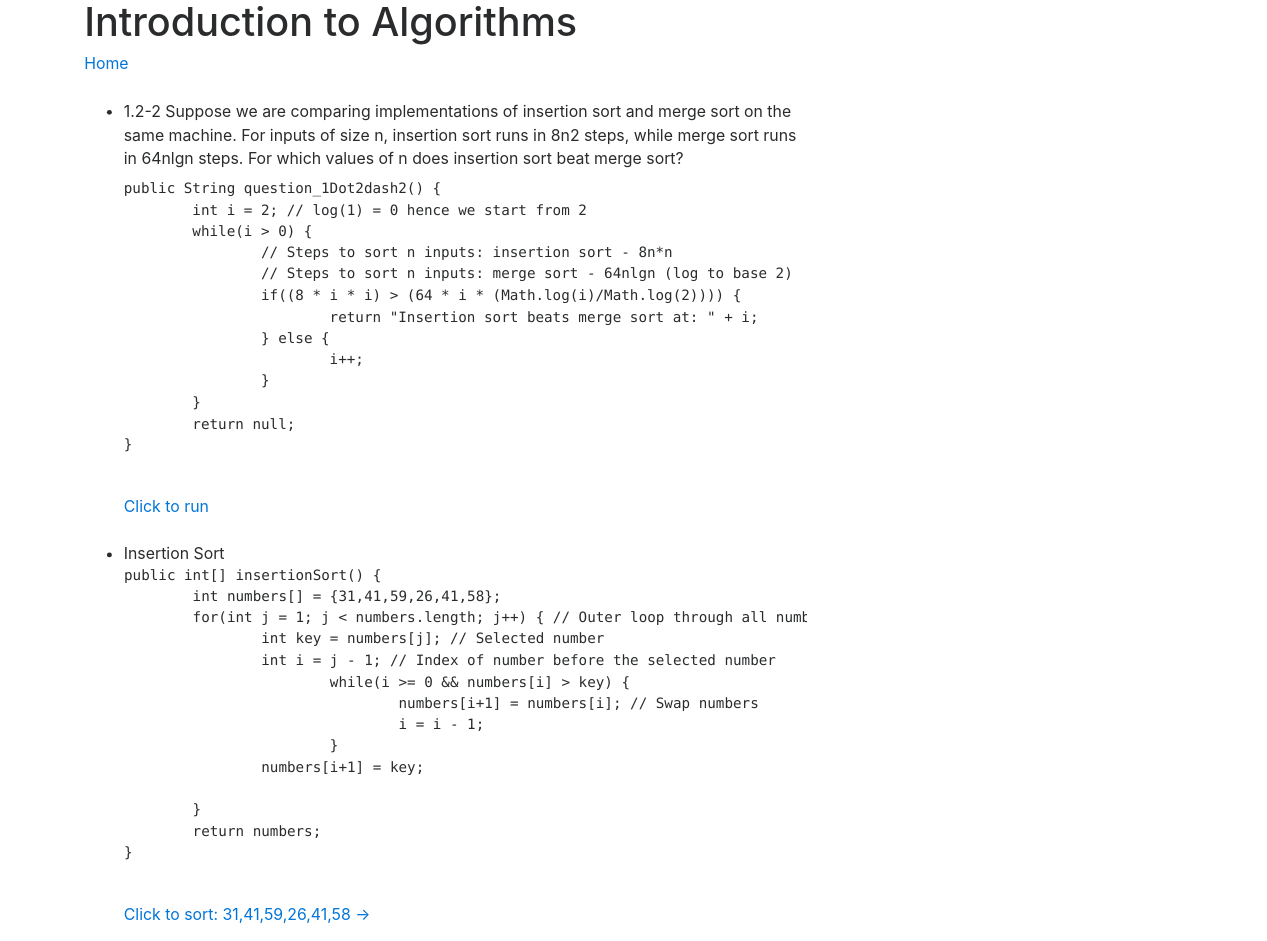
Repository: baltejas/algorithms
Page: http://localhost/algorithms/WEB-INF/views/index.jsp
The author's editor kept a copy of each file at every save. The page is drawn from the files as they stood at one save, then again after the next save.
The browser window is 1280 px wide. The pictures show the whole page, at 99% of full size.
The page is served by Tomcat 9. Nobody is signed in. Other server files are loaded and not shown. The template is opened directly, without the code that normally fills it, so the values that code supplies are empty.

Above is the page before, as saved 2017-05-07 00:44:06.

### algorithms/src/main/webapp/WEB-INF/views/index.jsp
<html>
	<head>
		<link rel="stylesheet" href="resources/css/bootstrap.css">
	</head>
	<body>
		<div class="container">
		<h1>Introduction to Algorithms</h1>
		<a href="/algorithms/list">Home</a>
			<div class="mt-4 row">
				<div class="col-md-8">
					<ul>
						<li>1.2-2 Suppose we are comparing implementations of insertion sort and merge sort on the same machine.
							For inputs of size n, insertion sort runs in 8n2 steps, while merge sort runs in 64nlgn steps.
							For which values of n does insertion sort beat merge sort?
								<div class="mt-2"><pre>
public String question_1Dot2dash2() {
	int i = 2; // log(1) = 0 hence we start from 2
	while(i > 0) {
		// Steps to sort n inputs: insertion sort - 8n*n
		// Steps to sort n inputs: merge sort - 64nlgn (log to base 2)
		if((8 * i * i) > (64 * i * (Math.log(i)/Math.log(2)))) {
			return "Insertion sort beats merge sort at: " + i;
		} else {
			i++;
		}
	}
	return null;
}
								</pre></div>
						<a href="/algorithms/question_1Dot2dash2">Click to run</a>
						<label>${answer}</label>
						</li>

						<li class="mt-4">Insertion Sort
								<pre>
public int[] insertionSort() {
	int numbers[] = {31,41,59,26,41,58};
	for(int j = 1; j < numbers.length; j++) { // Outer loop through all numbers
		int key = numbers[j]; // Selected number
		int i = j - 1; // Index of number before the selected number
			while(i >= 0 && numbers[i] > key) {
				numbers[i+1] = numbers[i]; // Swap numbers
				i = i - 1;
			}
		numbers[i+1] = key;

	}
	return numbers;
}
								</pre>
						<a href="/algorithms/insertionSort">Click to sort: 31,41,59,26,41,58  -> </a>
						<label>${sorted}</label>
						</li>

					</ul>
				</div>
			</div>
		</div>
	</body>
</html>

Loaded but not shown: algorithms/src/main/webapp/resources/css/bootstrap.css (library)

After the next save:
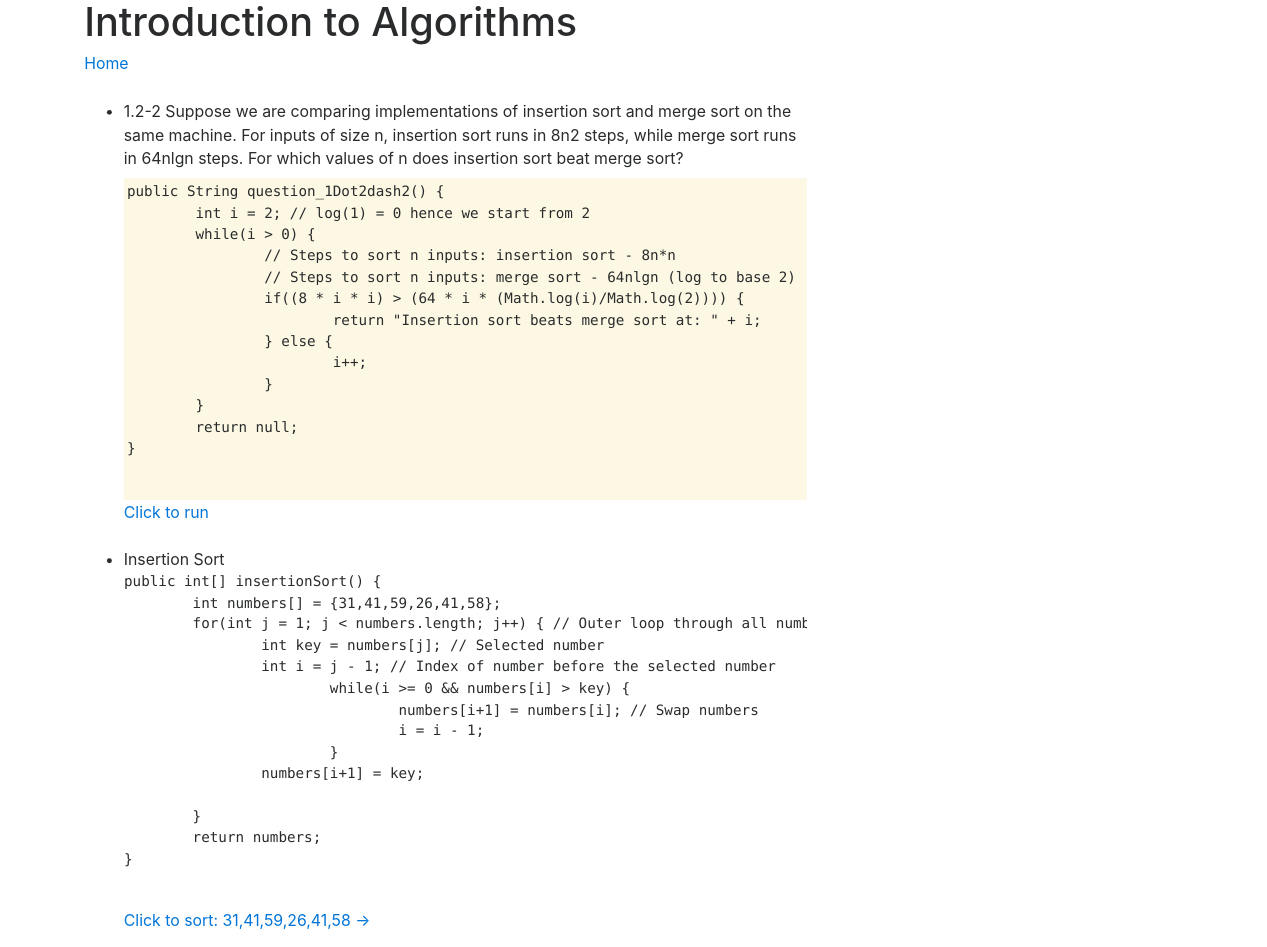
Saved 67 s later.
--- a/algorithms/src/main/webapp/WEB-INF/views/index.jsp
+++ b/algorithms/src/main/webapp/WEB-INF/views/index.jsp
@@ -12,7 +12,7 @@
 						<li>1.2-2 Suppose we are comparing implementations of insertion sort and merge sort on the same machine.
 							For inputs of size n, insertion sort runs in 8n2 steps, while merge sort runs in 64nlgn steps.
 							For which values of n does insertion sort beat merge sort?
-								<div class="mt-2"><pre>
+								<div class="mt-2 mark"><pre>
 public String question_1Dot2dash2() {
 	int i = 2; // log(1) = 0 hence we start from 2
 	while(i > 0) {
